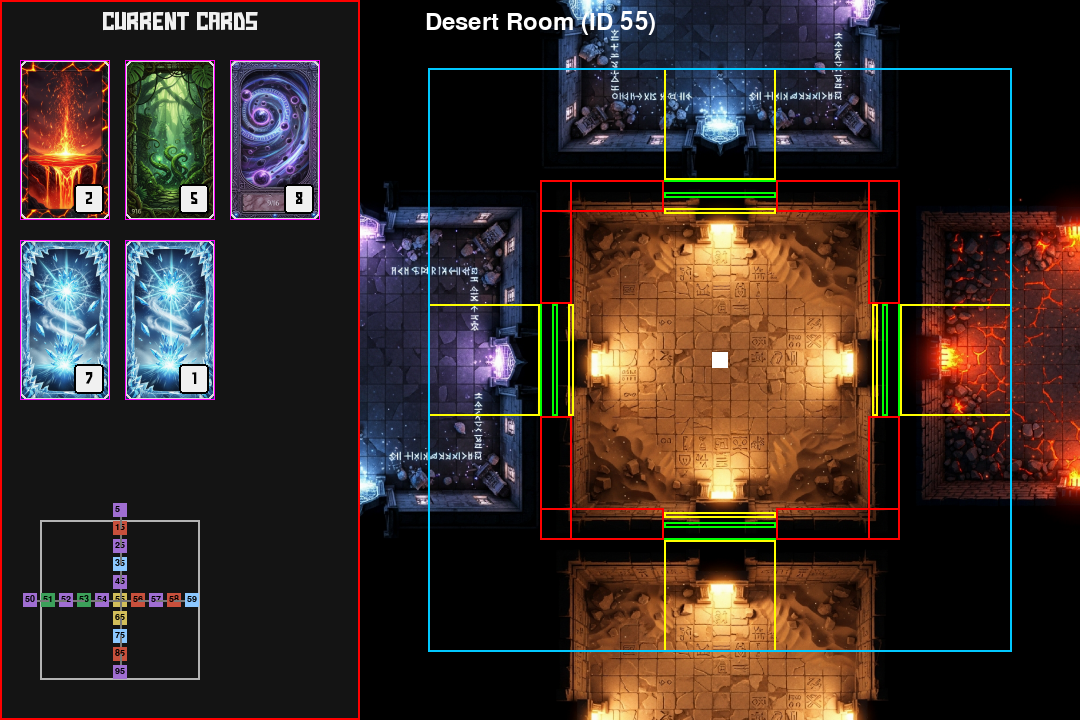
Repository: MehediMim/GateBound
Script's output: python main.py
These files come from the project's save history. The script's output is drawn as it stood at one moment and after the next save; the edit follows.
The window is shown after at most 60 frames with no key pressed. Random numbers start from a fixed seed. It also reads assets/bg_arcane.png, assets/bg_desert.png, assets/bg_ice.png, assets/bg_jungle.png, assets/bg_volcanic.png, assets/card_arcane.jpeg, assets/card_desert.jpeg, assets/card_ice.jpeg, assets/card_jungle.jpeg, assets/card_volcanic.jpeg, assets/retro.ttf.

Above is the script's output before, as saved 2026-01-26 19:50:47.

### main.py
import pygame
import sys
import random

# =========================
# CONFIG
# =========================
ROOM_ORIGINAL = 720
ROOM_SCALE = 0.5
ROOM_DRAW = int(ROOM_ORIGINAL * ROOM_SCALE)  # 512
FPS = 60
PLAYER_SPEED = 5
DEBUG = True
CARD_WIDTH  = 90
CARD_HEIGHT = 160   # 180 × 16 / 9 ≈ 320

CAN_PASS_DOOR = False



GRID_W = 10
GRID_H = 10

# =========================
# UI / LAYOUT (IMPORTANT)
# =========================
SIDEBAR_W = 360            # LEFT UI ONLY
PREVIEW_MARGIN = ROOM_DRAW // 2     # space for half rooms

SCREEN_WIDTH  = SIDEBAR_W + ROOM_DRAW + PREVIEW_MARGIN * 2
SCREEN_HEIGHT = ROOM_DRAW + PREVIEW_MARGIN * 2



# =========================
# CARD CONFIG
# =========================
CARD_TYPES = ["Jungle", "Desert", "Ice", "Volcanic", "Arcane"]
CARD_MIN_POWER = 1
CARD_MAX_POWER = 9
MAX_CARDS = 5

# =========================
# INIT
# =========================
pygame.init()
screen = pygame.display.set_mode((SCREEN_WIDTH, SCREEN_HEIGHT))
pygame.display.set_caption("Tower Puzzle — Rooms (10x10)")
clock = pygame.time.Clock()

font = pygame.font.SysFont(None, 36)
map_font = pygame.font.SysFont(None, 14)
retro_font = pygame.font.Font("assets/retro.ttf", 26)
retro_small = pygame.font.Font("assets/retro.ttf", 16)


# =========================
# ROOM TYPES + BG
# =========================
ROOM_TYPES = ["Jungle", "Desert", "Ice", "Volcanic", "Arcane"]

BG_RAW = {
    "Jungle": pygame.image.load("assets/bg_jungle.png").convert(),
    "Desert": pygame.image.load("assets/bg_desert.png").convert(),
    "Ice": pygame.image.load("assets/bg_ice.png").convert(),
    "Volcanic": pygame.image.load("assets/bg_volcanic.png").convert(),
    "Arcane": pygame.image.load("assets/bg_arcane.png").convert(),
}
card_images = {
    "jungle": pygame.image.load("assets/card_jungle.jpeg").convert_alpha(),
    "desert": pygame.image.load("assets/card_desert.jpeg").convert_alpha(),
    "ice": pygame.image.load("assets/card_ice.jpeg").convert_alpha(),
    "volcanic": pygame.image.load("assets/card_volcanic.jpeg").convert_alpha(),
    "arcane": pygame.image.load("assets/card_arcane.jpeg").convert_alpha(),
}
CARD_IMAGE_KEY = {
    "Jungle": "jungle",
    "Desert": "desert",
    "Ice": "ice",
    "Volcanic": "volcanic",
    "Arcane": "arcane",
}

ROOM_COLORS = {
    "Jungle":   (60, 160, 90),
    "Desert":   (210, 190, 90),
    "Ice":      (140, 200, 255),
    "Volcanic": (200, 80, 60),
    "Arcane":   (160, 110, 210),
}


BG = {
    k: pygame.transform.smoothscale(v, (ROOM_DRAW, ROOM_DRAW))
    for k, v in BG_RAW.items()
}

for key in card_images:
    card_images[key] = pygame.transform.smoothscale(
        card_images[key],
        (CARD_WIDTH, CARD_HEIGHT)
    )

# =========================
# GAME BOX (UNCHANGED LOGIC)
# =========================
GAME_BOX_RECT = pygame.Rect(
    SIDEBAR_W + PREVIEW_MARGIN,
    PREVIEW_MARGIN,
    ROOM_DRAW,
    ROOM_DRAW
)

ROOM_RECT = GAME_BOX_RECT.copy()

GATE_THICK = 6

FREE_GATES = {
    "top": pygame.Rect(ROOM_RECT.centerx - 56, ROOM_RECT.top + 12, 112, GATE_THICK),
    "bottom": pygame.Rect(ROOM_RECT.centerx - 56, ROOM_RECT.bottom - 12 - GATE_THICK, 112, GATE_THICK),
    "left": pygame.Rect(ROOM_RECT.left + 12, ROOM_RECT.centery - 56, GATE_THICK, 112),
    "right": pygame.Rect(ROOM_RECT.right - 12 - GATE_THICK, ROOM_RECT.centery - 56, GATE_THICK, 112),
}

LOCKED_GATES = {
    "top": pygame.Rect(ROOM_RECT.centerx - 56, ROOM_RECT.top + 28, 112, GATE_THICK),
    "bottom": pygame.Rect(ROOM_RECT.centerx - 56, ROOM_RECT.bottom - 28 - GATE_THICK, 112, GATE_THICK),
    "left": pygame.Rect(ROOM_RECT.left + 28, ROOM_RECT.centery - 56, GATE_THICK, 112),
    "right": pygame.Rect(ROOM_RECT.right - 28 - GATE_THICK, ROOM_RECT.centery - 56, GATE_THICK, 112),
}

LOCKED_GATES = {
    "top": pygame.Rect(
        ROOM_RECT.centerx - 56,
        ROOM_RECT.top + 28,
        112, 6
    ),
    "bottom": pygame.Rect(
        ROOM_RECT.centerx - 56,
        ROOM_RECT.bottom - 28,
        112, 6
    ),
    "left": pygame.Rect(
        ROOM_RECT.left + 28,
        ROOM_RECT.centery - 56,
        6, 112
    ),
    "right": pygame.Rect(
        ROOM_RECT.right - 28,
        ROOM_RECT.centery - 56,
        6, 112
    ),
}



# =========================
# DOORS
# =========================
DOORS = {
    "top":    pygame.Rect(ROOM_RECT.centerx - 56, ROOM_RECT.top - 112, 112, 112),
    "bottom": pygame.Rect(ROOM_RECT.centerx - 56, ROOM_RECT.bottom,     112, 112),
    "left":   pygame.Rect(ROOM_RECT.left - 112,   ROOM_RECT.centery - 56, 112, 112),
    "right":  pygame.Rect(ROOM_RECT.right,        ROOM_RECT.centery - 56, 112, 112),
}

WALL_THICK = 32

WALLS = {
    "top": pygame.Rect(
        ROOM_RECT.left, ROOM_RECT.top,
        ROOM_DRAW, WALL_THICK
    ),
    "bottom": pygame.Rect(
        ROOM_RECT.left, ROOM_RECT.bottom - WALL_THICK,
        ROOM_DRAW, WALL_THICK
    ),
    "left": pygame.Rect(
        ROOM_RECT.left, ROOM_RECT.top,
        WALL_THICK, ROOM_DRAW
    ),
    "right": pygame.Rect(
        ROOM_RECT.right - WALL_THICK, ROOM_RECT.top,
        WALL_THICK, ROOM_DRAW
    ),
}


WALK_RECT = ROOM_RECT.copy()
for r in DOORS.values():
    WALK_RECT.union_ip(r)

SPAWN = ROOM_RECT.center

# =========================
# WORLD (10x10 FIXED)
# =========================
rooms = {}

def room_id(x, y):
    return y * GRID_W + x

def create_world():
    for y in range(GRID_H):
        for x in range(GRID_W):
            rid = room_id(x, y)
            links = {}
            if y > 0: links["top"] = room_id(x, y - 1)
            if y < GRID_H - 1: links["bottom"] = room_id(x, y + 1)
            if x > 0: links["left"] = room_id(x - 1, y)
            if x < GRID_W - 1: links["right"] = room_id(x + 1, y)

            rooms[rid] = {
                "id": rid,
                "pos": (x, y),
                "type": random.choice(ROOM_TYPES),
                "links": links
            }

create_world()
current = room_id(GRID_W // 2, GRID_H // 2)

# =========================
# PLAYER
# =========================
player = pygame.Rect(0, 0, 16, 16)
player.center = SPAWN

# =========================
# CARDS
# =========================
cards = []

def create_random_card():
    return {
        "type": random.choice(CARD_TYPES),
        "power": random.randint(CARD_MIN_POWER, CARD_MAX_POWER)
    }

cards = [create_random_card() for _ in range(MAX_CARDS)]

# =========================
# MOVEMENT
# =========================
def move(dx, dy):
    keys = pygame.key.get_pressed()
    allow = keys[pygame.K_e]

    # X
    player.x += dx
    for w in get_blocking_walls():
        if player.colliderect(w):
            if dx > 0: player.right = w.left
            if dx < 0: player.left = w.right

    for g in LOCKED_GATES.values():
        if player.colliderect(g) and not allow:
            if dx > 0: player.right = g.left
            if dx < 0: player.left = g.right

    # Y
    player.y += dy
    for w in get_blocking_walls():
        if player.colliderect(w):
            if dy > 0: player.bottom = w.top
            if dy < 0: player.top = w.bottom

    for g in LOCKED_GATES.values():
        if player.colliderect(g) and not allow:
            if dy > 0: player.bottom = g.top
            if dy < 0: player.top = g.bottom


def change_room(direction):
    global current
    if direction in rooms[current]["links"]:
        current = rooms[current]["links"][direction]
        player.center = SPAWN

def handle_doors():
    global current
    keys = pygame.key.get_pressed()
    if not keys[pygame.K_e]:
        return

    for d, r in DOORS.items():
        if player.colliderect(r):
            current = rooms[current]["links"].get(d, current)
            player.center = SPAWN
            break

def draw_press_e_hint():
    for r in DOORS.values():
        if player.colliderect(r):
            txt = retro_small.render("PRESS E", True, (255, 255, 255))
            screen.blit(txt, (player.x - 10, player.y - 20))


# =========================
# DRAW UI
# =========================

def draw_cards_title():
    text = retro_font.render("CURRENT CARDS", True, (240, 240, 240))
    x = (SIDEBAR_W - text.get_width()) // 2
    y = 10
    screen.blit(text, (x, y))


def draw_cards():
    start_x = 20
    start_y = 60
    gap_x = 15
    gap_y = 20
    cards_per_row = 3

    for i, c in enumerate(cards):
        key = CARD_IMAGE_KEY[c["type"]]

        row = i // cards_per_row
        col = i % cards_per_row

        x = start_x + col * (CARD_WIDTH + gap_x)
        y = start_y + row * (CARD_HEIGHT + gap_y)

        # card image
        screen.blit(card_images[key], (x, y))

        # border
        pygame.draw.rect(
            screen,
            (220, 220, 220),
            (x, y, CARD_WIDTH, CARD_HEIGHT),
            2,
            border_radius=8
        )

        # 🔥 POWER BADGE (BOTTOM-RIGHT)
        power_text = retro_small.render(str(c["power"]), True, (0, 0, 0))
        badge_size = 30
        badge_x = x + CARD_WIDTH - badge_size - 6
        badge_y = y + CARD_HEIGHT - badge_size - 6

        pygame.draw.rect(
            screen,
            (240, 240, 240),
            (badge_x, badge_y, badge_size, badge_size),
            border_radius=4
        )
        pygame.draw.rect(
            screen,
            (0, 0, 0),
            (badge_x, badge_y, badge_size, badge_size),
            2,
            border_radius=4
        )

        screen.blit(
            power_text,
            (
                badge_x + (badge_size - power_text.get_width()) // 2,
                badge_y + (badge_size - power_text.get_height()) // 2
            )
        )

def draw_debug_borders():
    # Sidebar
    pygame.draw.rect(screen, (255, 0, 0), (0, 0, SIDEBAR_W, SCREEN_HEIGHT), 2)

    # Main room
    pygame.draw.rect(screen, (0, 255, 0), ROOM_RECT, 2)

    # Doors
    for r in DOORS.values():
        pygame.draw.rect(screen, (255, 255, 0), r, 2)
    for w in get_blocking_walls():
        pygame.draw.rect(screen, (255, 0, 0), w, 2)

    for g in FREE_GATES.values():
        pygame.draw.rect(screen, (0, 255, 0), g, 2)   # first = free

    for g in LOCKED_GATES.values():
        pygame.draw.rect(screen, (255, 255, 0), g, 2) # second = needs E


    # Walkable area
    pygame.draw.rect(screen, (0, 200, 255), WALK_RECT, 2)

    # Card slots
    start_x = 20
    start_y = 60
    gap_x = 15
    gap_y = 20
    cards_per_row = 3

    for i in range(MAX_CARDS):
        row = i // cards_per_row
        col = i % cards_per_row

        x = start_x + col * (CARD_WIDTH + gap_x)
        y = start_y + row * (CARD_HEIGHT + gap_y)

        pygame.draw.rect(
            screen,
            (255, 0, 255),
            (x, y, CARD_WIDTH, CARD_HEIGHT),
            1
        )


def get_blocking_walls():
    blocks = []

    for side, wall in WALLS.items():
        door = DOORS[side]
        left_part = wall.clip(
            pygame.Rect(wall.left, wall.top, door.left - wall.left, wall.height)
        )
        right_part = wall.clip(
            pygame.Rect(door.right, wall.top, wall.right - door.right, wall.height)
        )

        if wall.width > wall.height:  # horizontal wall
            blocks.append(pygame.Rect(wall.left, wall.top, door.left - wall.left, wall.height))
            blocks.append(pygame.Rect(door.right, wall.top, wall.right - door.right, wall.height))
        else:  # vertical wall
            blocks.append(pygame.Rect(wall.left, wall.top, wall.width, door.top - wall.top))
            blocks.append(pygame.Rect(wall.left, door.bottom, wall.width, wall.bottom - door.bottom))

    return blocks



def draw_minimap():
    panel_size = 160
    panel_x = 40
    panel_y = SCREEN_HEIGHT - panel_size - 40

    node = 14
    gap = 4
    step = node + gap

    center_x = panel_x + panel_size // 2 - node // 2
    center_y = panel_y + panel_size // 2 - node // 2

    pygame.draw.rect(screen, (20, 20, 20), (panel_x, panel_y, panel_size, panel_size))
    pygame.draw.rect(screen, (180, 180, 180), (panel_x, panel_y, panel_size, panel_size), 2)

    # center room
    center_color = ROOM_COLORS[rooms[current]["type"]]
    pygame.draw.rect(screen, center_color, (center_x, center_y, node, node))

    screen.blit(
        map_font.render(str(current), True, (0, 0, 0)),
        (center_x + 2, center_y + 1)
    )

    directions = {
        "top": (0, -1),
        "bottom": (0, 1),
        "left": (-1, 0),
        "right": (1, 0),
    }

    for d, (dx, dy) in directions.items():
        rid = current
        cx, cy = center_x, center_y

        for _ in range(5):  # max 5 each side
            nxt = rooms[rid]["links"].get(d)
            if nxt is None:
                break

            cx += dx * step
            cy += dy * step

            pygame.draw.line(
                screen, (120, 120, 120),
                (cx + node // 2 - dx * step, cy + node // 2 - dy * step),
                (cx + node // 2, cy + node // 2),
                2
            )

            neighbor_color = ROOM_COLORS[rooms[nxt]["type"]]
            pygame.draw.rect(screen, neighbor_color, (cx, cy, node, node))

            screen.blit(
                map_font.render(str(nxt), True, (0, 0, 0)),
                (cx + 2, cy + 1)
            )

            rid = nxt

def draw_card(screen, card_type, x, y):
    screen.blit(card_images[card_type], (x, y))

def draw_card_with_border(screen, card_type, x, y):
    screen.blit(card_images[card_type], (x, y))
    pygame.draw.rect(
        screen,
        (220, 220, 220),  # light border
        (x, y, CARD_WIDTH, CARD_HEIGHT),
        2
    )

def draw_selected_card(screen, card_type, x, y):
    screen.blit(card_images[card_type], (x, y))
    glow_rect = pygame.Surface((CARD_WIDTH, CARD_HEIGHT), pygame.SRCALPHA)
    glow_rect.fill((255, 255, 255, 40))  # soft white glow
    screen.blit(glow_rect, (x, y))


# =========================
# LOOP
# =========================
while True:
    clock.tick(FPS)

    for e in pygame.event.get():
        if e.type == pygame.QUIT:
            pygame.quit()
            sys.exit()

    k = pygame.key.get_pressed()
    dx = dy = 0
    if k[pygame.K_a] or k[pygame.K_LEFT]: dx -= PLAYER_SPEED
    if k[pygame.K_d] or k[pygame.K_RIGHT]: dx += PLAYER_SPEED
    if k[pygame.K_w] or k[pygame.K_UP]: dy -= PLAYER_SPEED
    if k[pygame.K_s] or k[pygame.K_DOWN]: dy += PLAYER_SPEED

    move(dx, dy)
    handle_doors()

    screen.fill((0,0,0))

    # Sidebar
    pygame.draw.rect(screen, (20,20,20), (0,0,SIDEBAR_W,SCREEN_HEIGHT))
    pygame.draw.rect(screen, (180,180,180), (0,0,SIDEBAR_W,SCREEN_HEIGHT), 2)

    # Game box border
    pygame.draw.rect(screen, (30,30,30), GAME_BOX_RECT)
    pygame.draw.rect(screen, (180,180,180), GAME_BOX_RECT, 2)

    room = rooms[current]
    cx, cy = ROOM_RECT.topleft
    w = h = ROOM_DRAW
    half = w // 2

    # Center
    screen.blit(BG[room["type"]], (cx, cy))

    # Neighbors (VISIBLE, NOT CLIPPED)
    if "top" in room["links"]:
        t = rooms[room["links"]["top"]]
        screen.blit(BG[t["type"]].subsurface((0, half, w, half)), (cx, cy-half))
    if "bottom" in room["links"]:
        b = rooms[room["links"]["bottom"]]
        screen.blit(BG[b["type"]].subsurface((0, 0, w, half)), (cx, cy+w))
    if "left" in room["links"]:
        l = rooms[room["links"]["left"]]
        screen.blit(BG[l["type"]].subsurface((half, 0, half, h)), (cx-half, cy))
    if "right" in room["links"]:
        r = rooms[room["links"]["right"]]
        screen.blit(BG[r["type"]].subsurface((0, 0, half, h)), (cx+w, cy))

    pygame.draw.rect(screen, (255,255,255), player)
    draw_press_e_hint()
    draw_cards_title()
    # draw_cards()


    draw_cards()
    # draw_cards()
    draw_minimap()


    label = font.render(f"{room['type']} Room (ID {current})", True, (255,255,255))
    screen.blit(label, (SCREEN_WIDTH//2 - label.get_width()//2, 10))


    if DEBUG:
        draw_debug_borders()


    pygame.display.flip()

After the next save:
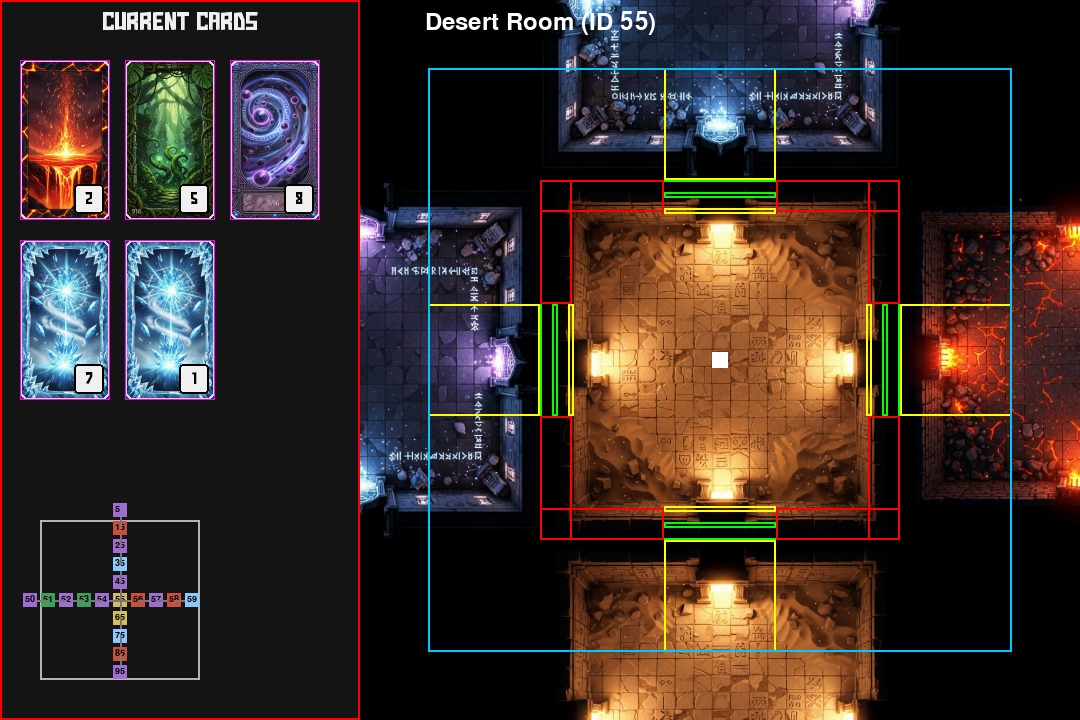
Saved 48 s later.
--- a/main.py
+++ b/main.py
@@ -128,31 +128,6 @@
     "left": pygame.Rect(ROOM_RECT.left + 28, ROOM_RECT.centery - 56, GATE_THICK, 112),
     "right": pygame.Rect(ROOM_RECT.right - 28 - GATE_THICK, ROOM_RECT.centery - 56, GATE_THICK, 112),
 }
-
-LOCKED_GATES = {
-    "top": pygame.Rect(
-        ROOM_RECT.centerx - 56,
-        ROOM_RECT.top + 28,
-        112, 6
-    ),
-    "bottom": pygame.Rect(
-        ROOM_RECT.centerx - 56,
-        ROOM_RECT.bottom - 28,
-        112, 6
-    ),
-    "left": pygame.Rect(
-        ROOM_RECT.left + 28,
-        ROOM_RECT.centery - 56,
-        6, 112
-    ),
-    "right": pygame.Rect(
-        ROOM_RECT.right - 28,
-        ROOM_RECT.centery - 56,
-        6, 112
-    ),
-}
-
-
 
 # =========================
 # DOORS

After the 2 saves that followed:
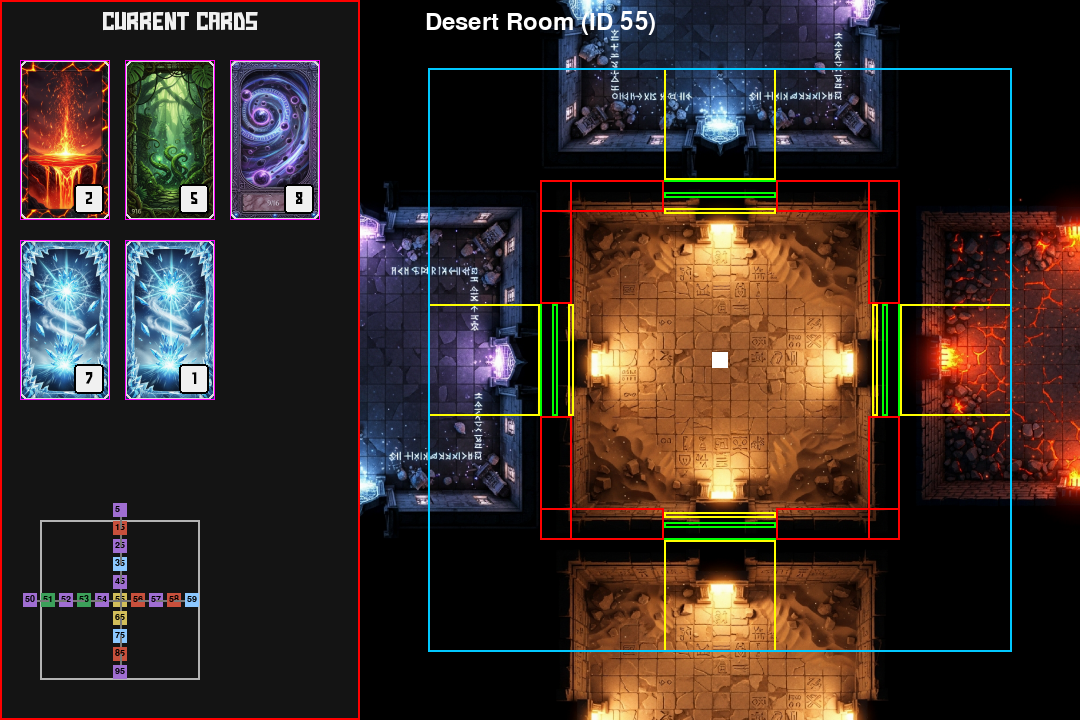
The 2 saves are shown as one change because they came seconds apart.
The last was saved 16 s later.
--- a/main.py
+++ b/main.py
@@ -122,12 +122,32 @@
     "right": pygame.Rect(ROOM_RECT.right - 12 - GATE_THICK, ROOM_RECT.centery - 56, GATE_THICK, 112),
 }
 
+
+
 LOCKED_GATES = {
-    "top": pygame.Rect(ROOM_RECT.centerx - 56, ROOM_RECT.top + 28, 112, GATE_THICK),
-    "bottom": pygame.Rect(ROOM_RECT.centerx - 56, ROOM_RECT.bottom - 28 - GATE_THICK, 112, GATE_THICK),
-    "left": pygame.Rect(ROOM_RECT.left + 28, ROOM_RECT.centery - 56, GATE_THICK, 112),
-    "right": pygame.Rect(ROOM_RECT.right - 28 - GATE_THICK, ROOM_RECT.centery - 56, GATE_THICK, 112),
-}
+    "top": pygame.Rect(
+        ROOM_RECT.centerx - 56,
+        ROOM_RECT.top + 28,
+        112, 6
+    ),
+    "bottom": pygame.Rect(
+        ROOM_RECT.centerx - 56,
+        ROOM_RECT.bottom - 28,
+        112, 6
+    ),
+    "left": pygame.Rect(
+        ROOM_RECT.left + 28,
+        ROOM_RECT.centery - 56,
+        6, 112
+    ),
+    "right": pygame.Rect(
+        ROOM_RECT.right - 28,
+        ROOM_RECT.centery - 56,
+        6, 112
+    ),
+}
+
+
 
 # =========================
 # DOORS
